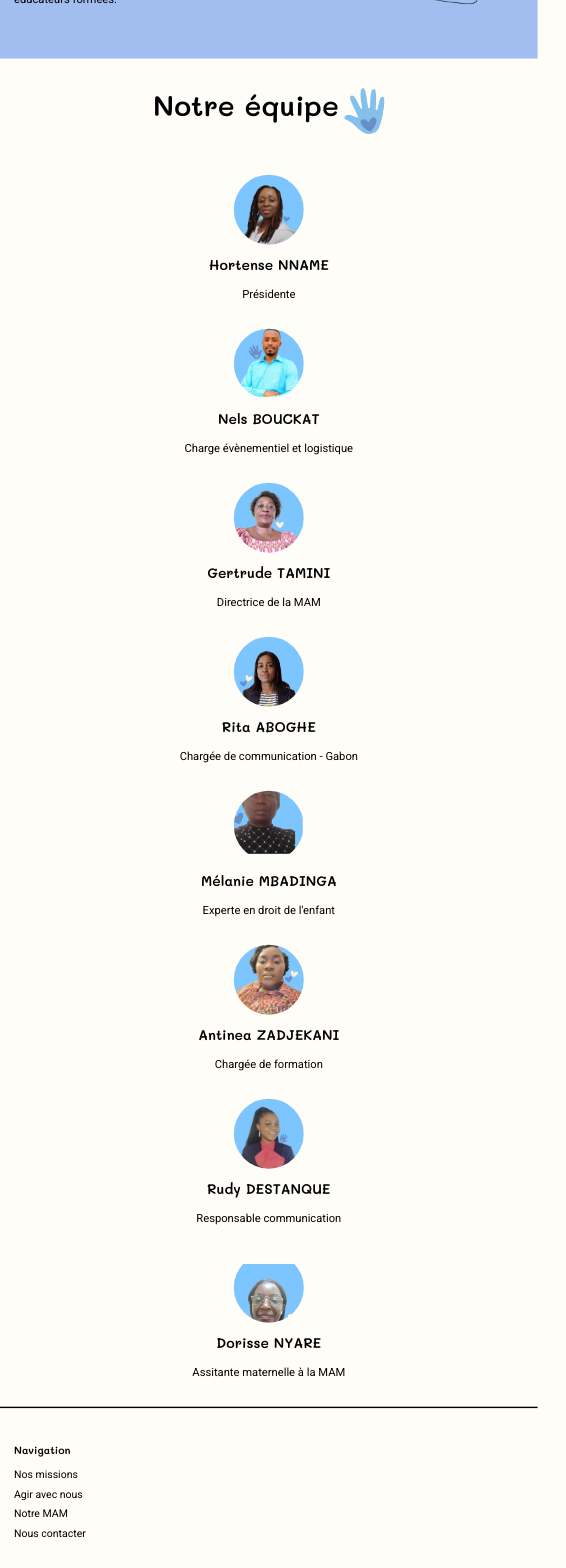
Repository: Danie-lDasilva/Samba-Mwanas
Page: index.html
An editor plug-in stored every save of this project. The page is shown before and after the next save, followed by the edit.
The browser window is 768 px wide. The page is 808 px wide, so the pictures cover 808 px, including what lies to the right of the window. The pictures show the part of the page from y = 2211 to 4451 px (the page is 5577 px tall before and 5994 px after), at 70% of full size.

Above is the page before, as saved 2025-03-06 19:49:18.

After the next save:
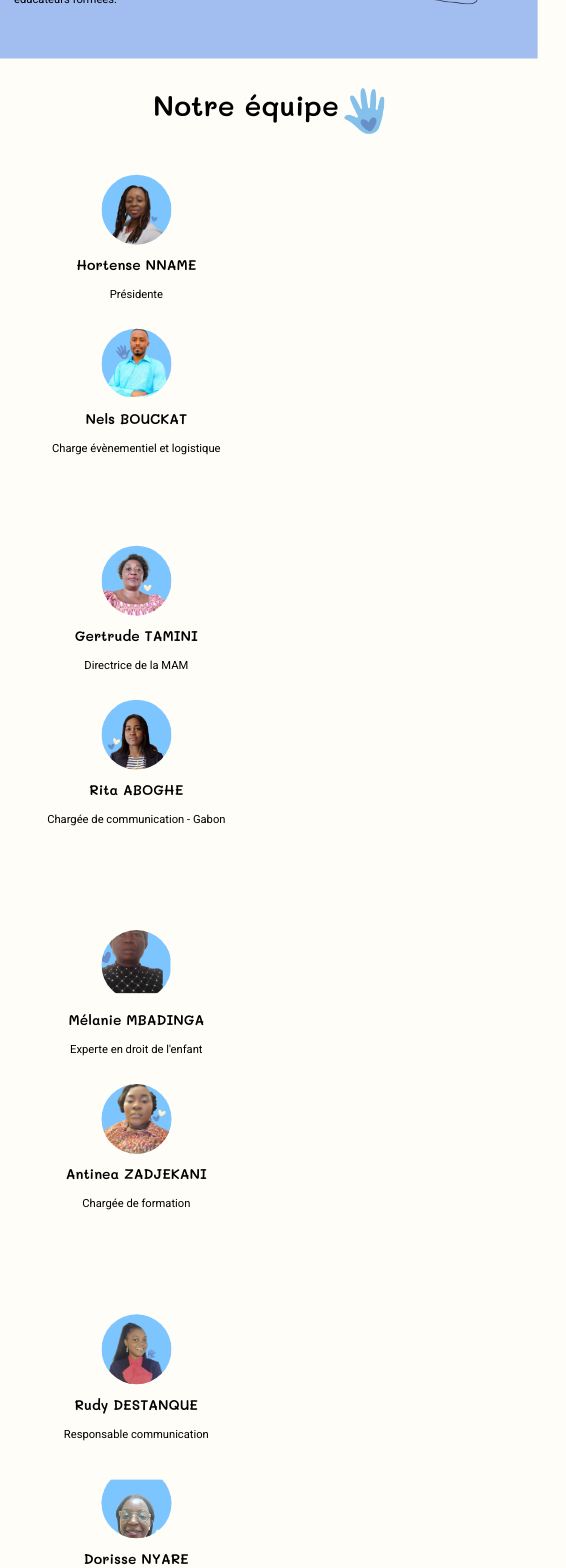
Saved 2 min 7 s later.
--- a/assets/css/style.css
+++ b/assets/css/style.css
@@ -683,3 +683,24 @@
         height: 40px;
     }
 }
+
+/* Responsive adjustments for team section */
+@media (max-width: 768px) {
+    .Ligne {
+        display: flex;
+        flex-wrap: wrap;
+        justify-content: space-between;
+        padding-left: 20px;
+        padding-right: 20px;
+    }
+
+    .Personne {
+        width: 48%;
+        margin-bottom: 30px;
+    }
+
+    .Photo {
+        width: 100px;
+        height: 100px;
+    }
+}
